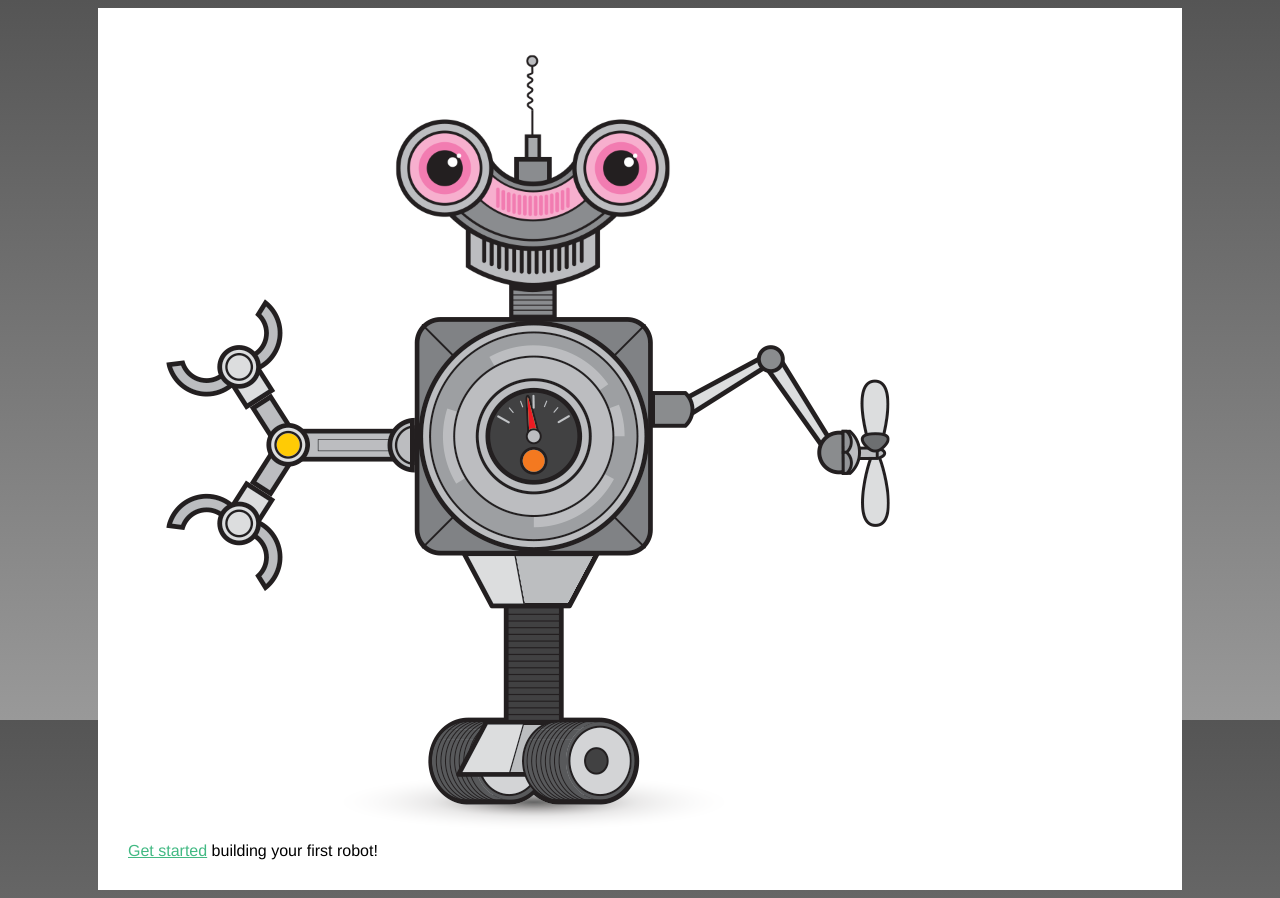
Repository: nickarocho/build-a-bot
Page: /
These files come from the project's save history. The page is drawn as it stood at one moment and after the next save; the edit follows.
The browser window is 1280 px wide. The pictures show the whole page.
Backgrounds fixed to the window are drawn as part of the page. The project was rebuilt for these pictures with package versions that can differ from the ones it lists, and the page was loaded fresh each time.

Above is the page before, as saved 2019-11-19 12:22:03.

### src/App.vue
<template>
  <div id="app">
    <main>
      <HomePage/>
    </main>
  </div>
</template>

<script>
import HomePage from './components/HomePage.vue';

export default {
  name: 'app',
  components: {
    HomePage,
  },
};
</script>

<style>
body {
  background: linear-gradient(to bottom, #555, #999);
  background-attachment: fixed;
}
#app {
  font-family: 'Avenir', Helvetica, Arial, sans-serif;
}
main {
  margin: 0 auto;
  padding: 30px;
  background-color: white;
width: 1024px;
min-height: 300px;
}
</style>

### src/components/HomePage.vue
<template>
  <div class="home">
    <div class="home">
      <div>
        <img src="../assets/robot-home.png" class="robot" aria-hidden="true" />
      </div>
      <div class="get-started">
        <a href="">Get started</a> building your first robot!
      </div>
    </div>
  </div>
</template>

<script>
export default {
  name: 'HomePage',
  props: {
    msg: String,
  },
};
</script>

<!-- Add "scoped" attribute to limit CSS to this component only -->
<style scoped>
h3 {
  margin: 40px 0 0;
}
ul {
  list-style-type: none;
  padding: 0;
}
li {
  display: inline-block;
  margin: 0 10px;
}
a {
  color: #42b983;
}
</style>

Loaded but not shown: public/index.html (common file); src/main.js (common file)

After the next save:
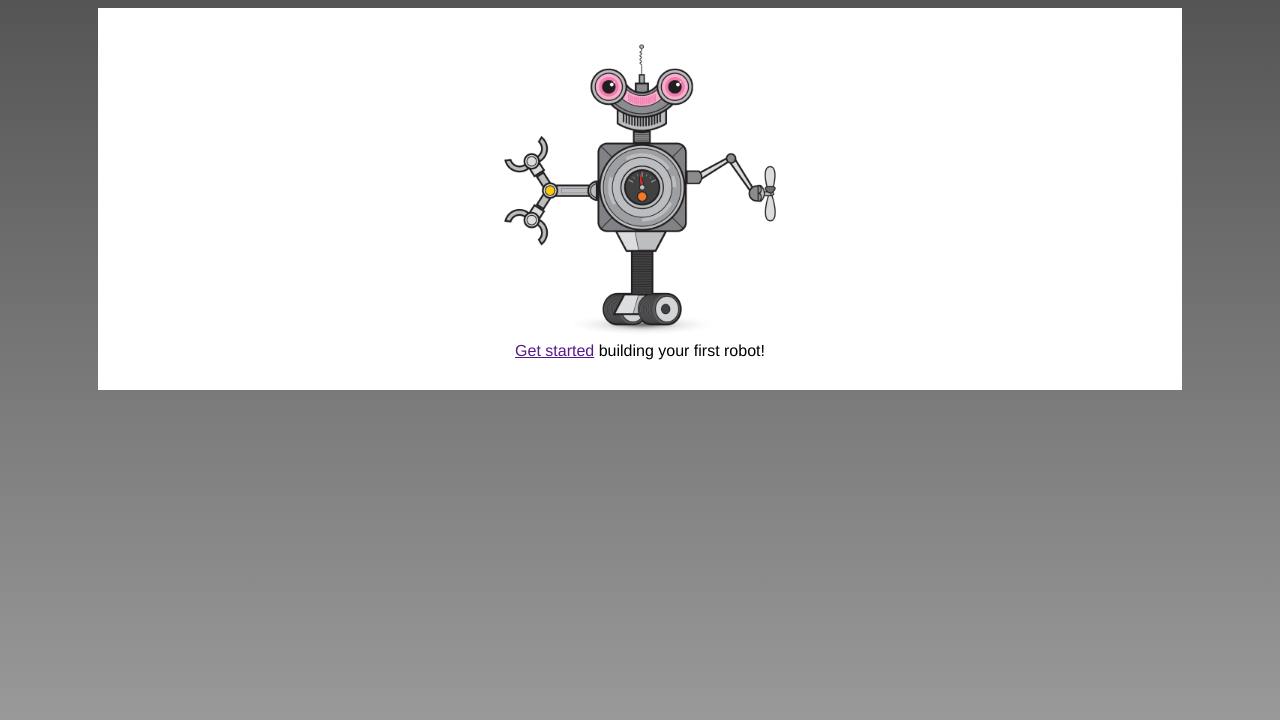
Saved 5 min 43 s later.
--- a/src/components/HomePage.vue
+++ b/src/components/HomePage.vue
@@ -22,18 +22,10 @@
 
 <!-- Add "scoped" attribute to limit CSS to this component only -->
 <style scoped>
-h3 {
-  margin: 40px 0 0;
+.home {
+  text-align: center;
 }
-ul {
-  list-style-type: none;
-  padding: 0;
-}
-li {
-  display: inline-block;
-  margin: 0 10px;
-}
-a {
-  color: #42b983;
+.robot {
+  height: 300px;
 }
 </style>
